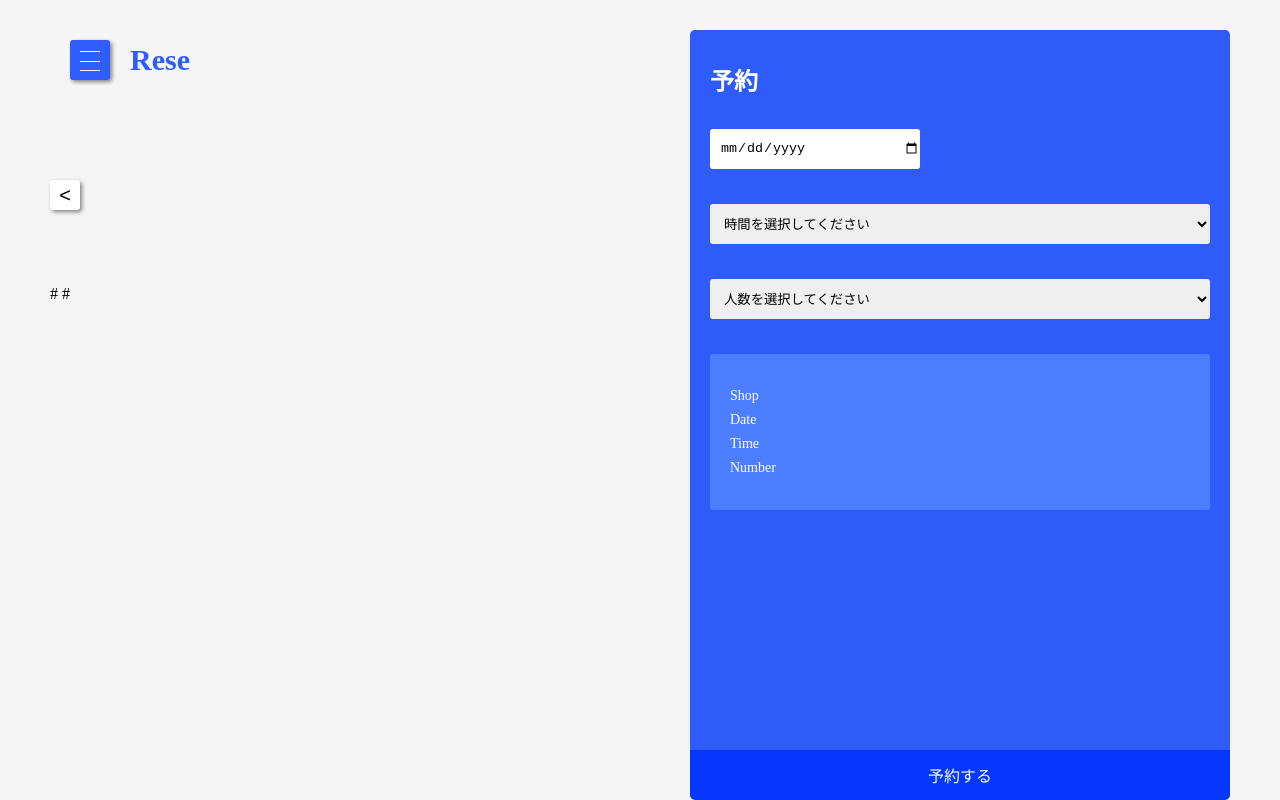
Repository: Haruka-Wada/Rese
Page: src/resources/views/shop_detail.blade.php
An editor plug-in stored every save of this project. The page is shown before and after the next save, followed by the edit.
The browser window is 1280 px wide. The pictures show the whole page.
The page is served by the project's Laravel application, run on PHP 8.4 with Laravel 8. The template is opened directly, without the code that normally fills it, so the values that code supplies are empty.

Above is the page before, as saved 2024-11-19 15:09:27.

After the next save:
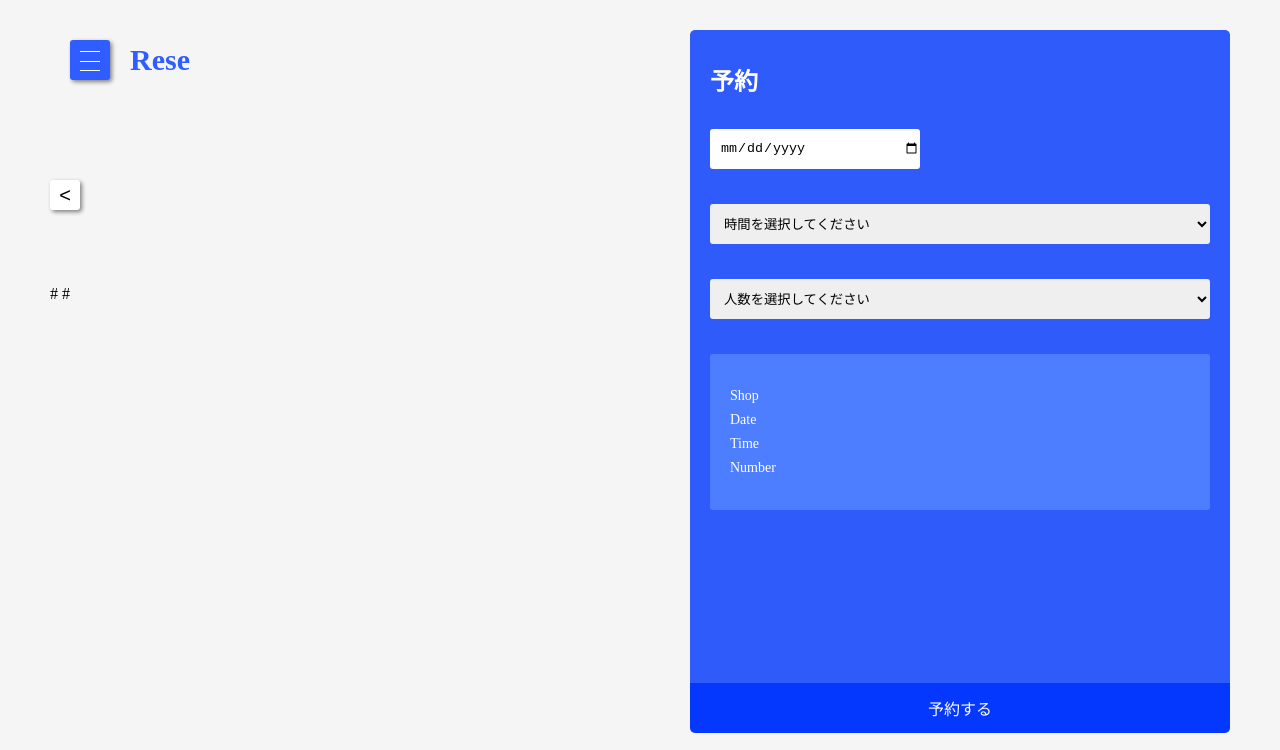
Saved 8 s later.
--- a/src/public/css/shop_detail.css
+++ b/src/public/css/shop_detail.css
@@ -64,7 +64,7 @@
 }
 
 .reservation__wrap {
-    height: 80%;
+    height: 70%;
     background-color: #2F5BFB;
     border-radius: 5px 5px 0 0;
     padding: 20px 20px 160px;
